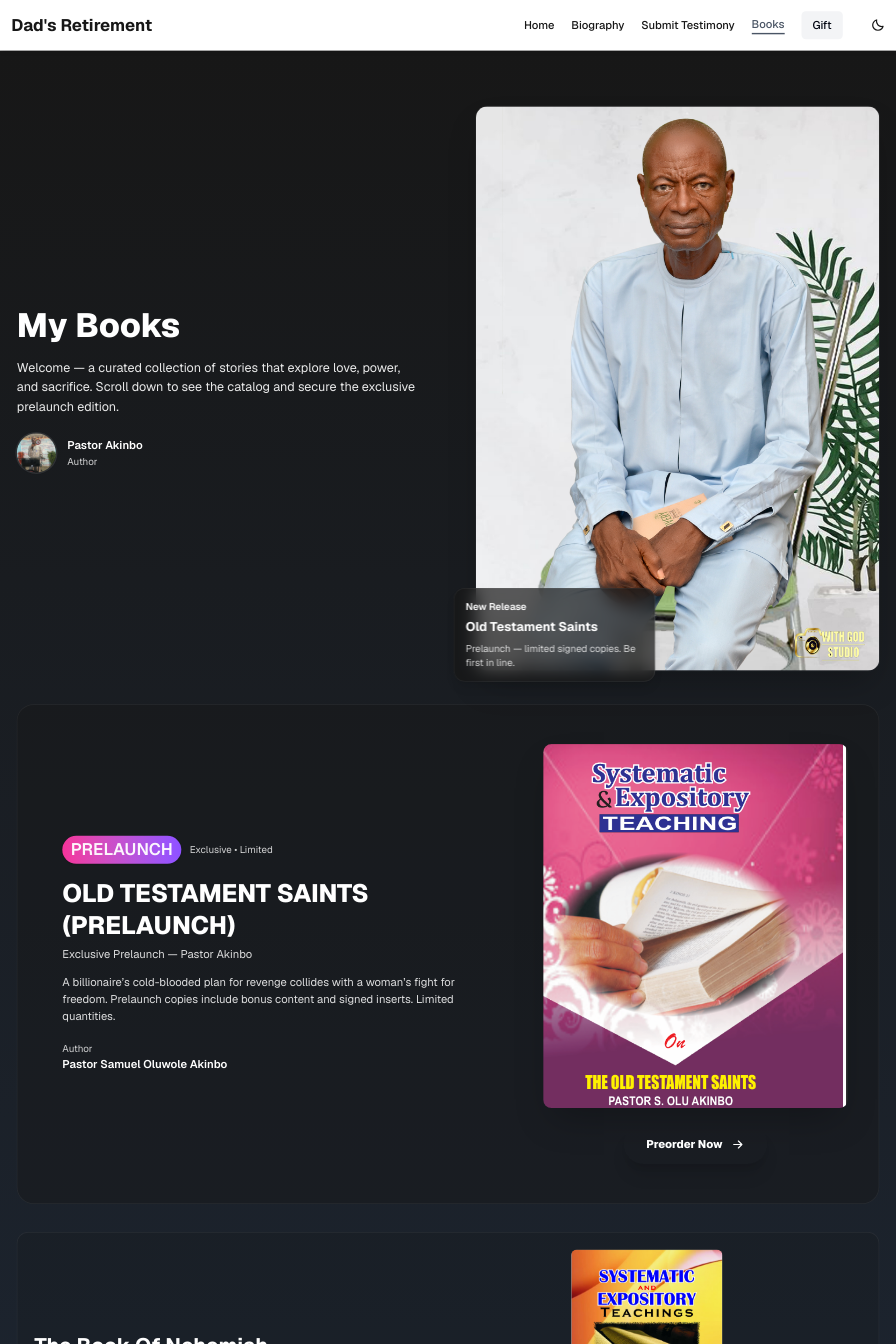
Repository: EmmyDunny1/pastor-oluwole-akinbo
Page: /Books
These files come from the project's save history. The page is drawn as it stood at one moment and after a run of saves; the edit follows.
The browser window is 1280 px wide. The pictures show the part of the page from y = 0 to 1920 px (the page is 2900 px tall), at 70% of full size.
The project was rebuilt for these pictures with package versions that can differ from the ones it lists, and the page was loaded fresh each time. The framework's server and built-in components were replaced by stand-ins that run in the browser. Also part of the build but not shown: next.config.ts, components/BooksCarousel.Module.css.

Above is the page before, as saved 2025-08-13 11:51:42.

### app/layout.tsx
import type { Metadata } from "next";
import { Geist, Geist_Mono } from "next/font/google";
import "./globals.css";
import Header from "../components/Header";
import Footer from "../components/Footer";


const geistSans = Geist({
  variable: "--font-geist-sans",
  subsets: ["latin"],
});

const geistMono = Geist_Mono({
  variable: "--font-geist-mono",
  subsets: ["latin"],
});

export const metadata: Metadata = {
  title: "Pastor Oluwole Akinbo",
  description: "It's a website for Pastor Oluwole Akinbo ",
};

export default function RootLayout({
  children,
}: Readonly<{
  children: React.ReactNode;
}>) {
  return (
    <html lang="en">
      <body
        className={`${geistSans.variable} ${geistMono.variable} antialiased`}
      >
        <Header />
        {children}

        <Footer />
      </body>
    </html>
  );
}

### app/Books/page.tsx
import React from 'react'
import BooksCarousel from '@/components/BooksCarousel'


export default function BooksPage() {
  return (
    <div>
      <BooksCarousel />

    </div>
  )
}

### app/globals.css
@import "tailwindcss";

:root {
  --background: #ffffff;
  --foreground: #171717;
}

@theme inline {
  --color-background: var(--background);
  --color-foreground: var(--foreground);
  --font-sans: var(--font-geist-sans);
  --font-mono: var(--font-geist-mono);
}

@media (prefers-color-scheme: dark) {
  :root {
    --background: #0a0a0a;
    --foreground: #ededed;
  }
}

body {
  background: var(--background);
  color: var(--foreground);
  font-family: Arial, Helvetica, sans-serif;
}

body {
  @apply bg-white text-[#171717] dark:bg-gray-900 dark:text-white font-sans;
}

### components/Header.tsx
"use client";

import Link from "next/link";
import { usePathname } from "next/navigation";
import { useState, useEffect } from "react";
import { BiMenuAltRight, BiX, BiSun, BiMoon } from "react-icons/bi";
import { motion, AnimatePresence } from "framer-motion";

const navLinks = [
  { href: "/", label: "Home" },
  { href: "/Biography", label: "Biography" },
  { href: "/SubmitTestimony", label: "Submit Testimony" },
  { href: "/Books", label: "Books" },
  { href: "/Gift", label: "Gift" },
];

export default function Header() {
  const pathname = usePathname();
  const [isOpen, setIsOpen] = useState(false);
  const [isDarkMode, setIsDarkMode] = useState(false);

  useEffect(() => {
    if (typeof window !== "undefined") {
      const darkPref = localStorage.getItem("theme") === "dark";
      setIsDarkMode(darkPref);
      document.documentElement.classList.toggle("dark", darkPref);
    }
  }, []);

  const toggleMenu = () => setIsOpen(!isOpen);

  const toggleDarkMode = () => {
    const newMode = !isDarkMode;
    setIsDarkMode(newMode);
    localStorage.setItem("theme", newMode ? "dark" : "light");
    document.documentElement.classList.toggle("dark", newMode);
  };

  return (
    <header className="bg-white dark:bg-gray-800 text-[#171717] dark:text-white shadow-md sticky top-0 z-50 transition-all duration-300">
      <div className="max-w-7xl mx-auto flex items-center justify-between px-4 py-4">
        <Link href="/">
          <h1 className="text-2xl font-bold">Dad&apos;s Retirement</h1>
        </Link>

        {/* Desktop Nav */}
        <nav className="hidden md:flex gap-6 text-md  items-center font-medium">
          {navLinks.map(({ href, label }) => (
            <Link
              key={href}
              href={href}
              className={`${
                pathname === href
                  ? "text-gray-600 border-b-2 decoration-0  border-gray-600"
                  : "hover:text-white transition"
              } ${
                label === "Gift"
                  ? "bg-gray-100 text-gray-950 px-4 py-2 rounded-md hover:bg-gray-500  transition"
                  : ""
              }`}
            >
              {label}
            </Link>
          ))}
          <button
            onClick={toggleDarkMode}
            className="ml-4 text-xl hover:text-blue-600 transition"
            aria-label="Toggle dark mode"
          >
            {isDarkMode ? <BiSun /> : <BiMoon />}
          </button>
        </nav>

        {/* Mobile Toggle */}
        <div className="md:hidden flex items-center gap-4">
          <button
            onClick={toggleDarkMode}
            className="text-2xl hover:text-blue-600 transition"
            aria-label="Toggle dark mode"
          >
            {isDarkMode ? <BiSun /> : <BiMoon />}
          </button>
          <div className="text-3xl cursor-pointer" onClick={toggleMenu}>
            {isOpen ? <BiX /> : <BiMenuAltRight />}
          </div>
        </div>
      </div>

      {/* Mobile Nav */}
      <AnimatePresence>
        {isOpen && (
          <motion.nav
            initial={{ opacity: 0, y: -20 }}
            animate={{ opacity: 1, y: 0 }}
            exit={{ opacity: 0, y: -20 }}
            transition={{ duration: 0.3 }}
            className="md:hidden bg-white min-h-screen dark:bg-gray-800 border-t border-gray-200 dark:border-gray-700 px-4 py-4 space-y-4 text-base font-medium text-left"
          >
            {navLinks.map(({ href, label }) => (
              <Link
                key={href}
                href={href}
                onClick={() => setIsOpen(false)}
                className={`block w-full ${
                  pathname === href
                    ? " text-gray-400 font-semibold"
                    : "hover:text-gray-400 transition"
                } ${
                  label === "Gift"
                    ? "bg-gray-800 text-gray-100 px-4 py-2 rounded-md hover:bg-gray-100  border-1 border-white transition"
                    : ""
                }`}
              >
                {label}
              </Link>
            ))}
          </motion.nav>
        )}
      </AnimatePresence>
    </header>
  );
}

### components/Footer.tsx
import React from 'react'


export default function Footer() {
  return (
    <footer className="bg-gray-800 text-white text-center p-4 mt-8">
      <p>&copy; {new Date().getFullYear()} A Tribute to Dad. All rights reserved.</p>
    </footer>
  )
}

### components/BooksCarousel.tsx
"use client";

import React from "react";
import { useEffect, useRef, useState } from "react";
import Image from "next/image";
import styles from "./BooksCarousel.module.css";

type Book = {
  id: number;
  title: string;
  subtitle?: string;
  description: string;
  cover: string;
  link: string;
  prelaunch?: boolean;
};

const BOOKS: Book[] = [
  {
    id: 1,
    title: "The Book Of Nehemiah",
    subtitle: "A novel by Emmex Fason",
    description:
      "A breathtaking tale of betrayal, romance, and redemption that pulls you into the streets of Paris and refuses to let go.",
    cover: "/books/Book_Of_Neh.png",
    link: "https://selar.co/m/samuel-oluwole1458878?currency=NGN",
  },
  {
    id: 2,
    title: "Secrets Of A Happy Home",
    subtitle: "",
    description:
      "A family saga of hidden truths, legacy, and the fight to protect what matters most.",
    cover: "/books/Secrets_Of__HM.png",
    link: "/PreOrderPayment",
  },
  {
    id: 99,
    title: "OLD TESTAMENT SAINTS (PRELAUNCH)",
    subtitle: "Exclusive Prelaunch — Pastor Akinbo ",
    description:
      "A billionaire’s cold-blooded plan for revenge collides with a woman’s fight for freedom. Prelaunch copies include bonus content and signed inserts. Limited quantities.",
    cover: "/books/Old_Test_Saints.png",
    link: "/PreOrderPayment",
    prelaunch: true,
  },
];

function FallbackImage({
  src,
  alt,
  className,
  width,
  height,
}: {
  src: string;
  alt: string;
  className?: string;
  width?: number;
  height?: number;
}) {
  const placeholder = "/placeholder.jpg";
  const [imgSrc, setImgSrc] = useState(src);
  return (
    <Image
      src={imgSrc}
      alt={alt}
      width={width ?? 600}
      height={height ?? 900}
      className={className}
      onError={() => setImgSrc(placeholder)}
    />
  );
}

export default function BooksPage(): React.ReactNode {
  const carouselRef = useRef<HTMLDivElement>(null);

  useEffect(() => {
    const el = carouselRef.current;
    if (!el) return;

    let scrollAmount = 0;
    const step = 1;
    const max = el.scrollWidth - el.clientWidth;
    const interval = window.setInterval(() => {
      if (!carouselRef.current) return;
      scrollAmount += step;
      if (scrollAmount >= max) {
        carouselRef.current.scrollTo({ left: 0, behavior: "smooth" });
        scrollAmount = 0;
      } else {
        carouselRef.current.scrollLeft = scrollAmount;
      }
    }, 20);

    return () => clearInterval(interval);
  }, []);

  const prelaunch = BOOKS.find((b) => b.prelaunch);
  const nonPre = BOOKS.filter((b) => !b.prelaunch);

  return (
    <main className="min-h-screen bg-gradient-to-b from-[#171717] to-gray-800 text-white">
      <div className="max-w-7xl mx-auto px-6 py-20">
        <section className="grid grid-cols-1 lg:grid-cols-2 gap-8 items-center mb-12">
          <div className="lg:mb- relative z-10">
            <h1 className="text-4xl md:text-5xl font-extrabold leading-tight mb-4">
              My Books
            </h1>
            <p className="text-lg text-white/90 max-w-xl">
              Welcome — a curated collection of stories that explore love, power,
              and sacrifice. Scroll down to see the catalog and secure the
              exclusive prelaunch edition.
            </p>
            <div className="mt-6 flex items-center gap-4">
              <div className="w-14 h-14 rounded-full overflow-hidden ring-2 ring-white/10 shadow">
                <FallbackImage
                  src="/others/Hero.jpg"
                  alt="Author - Pastor Akinbo"
                  width={56}
                  height={56}
                  className="object-cover"
                />
              </div>
              <div>
                <div className="font-semibold">Pastor Akinbo</div>
                <div className="text-sm text-white/80">Author</div>
              </div>
            </div>
          </div>
          <div className="flex justify-end">
            <div className="relative w-full max-w-md lg:max-w-xl transform transition-all duration-500 hover:-translate-y-3">
              <div className="rounded-2xl overflow-hidden shadow-2xl ring-1 ring-white/5">
                <FallbackImage
                  src="/others/BooksImage.jpg"
                  alt="Pst Akinbo"
                  width={640}
                  height={640}
                  className="object-cover w-full h-full"
                />
              </div>
              <div className="absolute -left-8 -bottom-10 hidden lg:block">
                <div className="bg-[#171717]/70 backdrop-blur-md border border-white/6 rounded-2xl p-4 w-72 shadow-lg -translate-y-6">
                  <div className="text-sm text-pink/90 font-semibold">New Release</div>
                  <div className="mt-1 text-lg font-bold">Old Testament Saints</div>
                  <div className="mt-2 text-sm text-white/80">
                    Prelaunch — limited signed copies. Be first in line.
                  </div>
                </div>
              </div>
            </div>
          </div>
        </section>
        {prelaunch && (
          <section className="mb-10">
            <article
              className="relative overflow-visible flex flex-col lg:flex-row items-stretch gap-6 p-8 rounded-3xl border border-white/6 bg-[#171717]/40 hover:translate-y-[-6px] transition-transform duration-500"
              aria-labelledby={`pre-${prelaunch.id}`}
            >
              <div
                className="absolute inset-0 rounded-3xl pointer-events-none -z-10"
                aria-hidden
                style={{
                  background:
                    "linear-gradient(90deg, rgba(255,90,255,0.06), rgba(120,60,255,0.04), rgba(255,106,0,0.04))",
                }}
              />
              <div className="w-full lg:w-2/3 z-10 px-3 lg:px-8 py-4 flex flex-col justify-center">
                <div className="inline-flex items-center gap-3 mb-3">
                  <span className="px-3 py-1 rounded-full text-2xl font-semibold text-white/95 bg-gradient-to-r from-pink-500 to-violet-500 shadow-sm">
                    PRELAUNCH
                  </span>
                  <span className="text-sm text-white/80">Exclusive • Limited</span>
                </div>
                <h2 id={`pre-${prelaunch.id}`} className="mt-2 text-3xl lg:text-4xl font-extrabold leading-tight">
                  {prelaunch.title}
                </h2>
                {prelaunch.subtitle && (
                  <div className="mt-2 text-md text-white/85">{prelaunch.subtitle}</div>
                )}
                <p className="mt-4 text-white/85 max-w-xl">
                  {prelaunch.description}
                </p>
                <div className="mt-6">
                  <div className="text-sm text-white/80">Author</div>
                  <div className="font-semibold">Pastor Samuel Oluwole Akinbo</div>
                </div>
              </div>
              <div className="w-full lg:w-[45%] z-10 flex flex-col items-center justify-center px-3 py-6">
                <div className="w-full overflow-visible">
                  <div className="relative w-full rounded-xl transform transition duration-700 hover:scale-[1.04] hover:rotate-[-2deg] hover:translate-y-[-6px]">
                    <FallbackImage
                      src={prelaunch.cover}
                      alt={prelaunch.title}
                      width={520}
                      height={760}
                      className="object-cover w-full h-[520px] rounded-xl shadow-2xl"
                    />
                    <div className={`${styles.neonHalo} absolute -inset-2 rounded-xl -z-10`} />
                  </div>
                </div>
                <a
                  href={prelaunch.link}
                  className={`${styles.preorderNeon} mt-6 relative inline-flex items-center gap-3 px-8 py-4 rounded-full font-extrabold text-white shadow-xl transition-all duration-300`}
                >
                  <span className="relative z-10">Preorder Now</span>
                  <svg className="w-5 h-5 relative z-10" viewBox="0 0 24 24" fill="none" aria-hidden>
                    <path d="M5 12h14M13 6l6 6-6 6" stroke="white" strokeWidth="2" strokeLinecap="round" strokeLinejoin="round" />
                  </svg>
                </a>
              </div>
            </article>
          </section>
        )}
        <section className="space-y-10 mb-16">
          {nonPre.map((book) => (
            <article
              key={book.id}
              className="group relative flex flex-col lg:flex-row items-center gap-6 p-6 rounded-2xl border border-white/6 bg-[#171717]/20 hover:-translate-y-2 transition-transform duration-400"
            >
              <div className="w-full lg:w-2/3 text-left z-10">
                <h3 className="text-2xl lg:text-3xl font-bold">{book.title}</h3>
                {book.subtitle && <div className="mt-1 text-sm text-white/80">{book.subtitle}</div>}
                <p className="mt-3 text-white/85 max-w-xl">{book.description}</p>
                <div className="mt-6 text-sm text-white/80">

                </div>
              </div>
              <div className="w-full lg:w-[75%] flex flex-col items-center">
                <div className="overflow-hidden  transform transition duration-500 group-hover:scale-105">
                  <FallbackImage
                    src={book.cover}
                    alt={book.title}
                    width={420}
                    height={600}
                    className="object-cover w-full h-80 rounded-lg"
                  />
                </div>
                <a
                  href={book.link}
                  className="mt-4 inline-flex items-center gap-3 bg-white text-[#171717] font-semibold px-5 py-3 shadow-md hover:shadow-lg transition-all duration-300 group"
                >
                  Order Now
                  <svg className="w-4 h-4 transition-transform duration-300 group-hover:translate-x-2" viewBox="0 0 24 24" fill="none" aria-hidden>
                    <path d="M5 12h14M13 6l6 6-6 6" stroke="#171717" strokeWidth="2" strokeLinecap="round" strokeLinejoin="round" />
                  </svg>
                </a>
              </div>
            </article>
          ))}
        </section>
        {/* <section aria-label="Other books carousel" className="mb-12">
          <h3 className="text-2xl font-bold mb-6">More by the author</h3>
          <div ref={carouselRef} className="relative w-full overflow-hidden">
            <div className="flex gap-6 w-max py-4 px-2">
              {BOOKS.map((b) => (
                <div key={`card-${b.id}`} className="min-w-[260px] flex-shrink-0 bg-[#171717]/60 rounded-2xl p-4 shadow-lg">
                  <div className="rounded-lg overflow-hidden mb-3">
                    <FallbackImage
                      src={b.cover}
                      alt={b.title}
                      width={260}
                      height={360}
                      className="w-full h-40 object-cover"
                    />
                  </div>
                  <div>
                    <div className="font-semibold text-lg">{b.title}</div>
                    <div className="text-sm text-white/80 mt-1">{b.subtitle ?? "By Emmex Fason"}</div>
                    <a
                      href={b.link}
                      className="mt-3 inline-flex items-center gap-2 bg-white text-[#171717] px-3 py-2 rounded-full text-sm font-semibold hover:scale-105 transition-transform"
                    >
                      View
                      <svg className="w-3 h-3" viewBox="0 0 24 24" fill="none" aria-hidden>
                        <path d="M5 12h14M13 6l6 6-6 6" stroke="#171717" strokeWidth="2" strokeLinecap="round" strokeLinejoin="round" />
                      </svg>
                    </a>
                  </div>
                </div>
              ))}
            </div>
            <div className="absolute top-1/2 left-2 -translate-y-1/2">
              <button
                onClick={() => {
                  const el = carouselRef.current;
                  if (!el) return;
                  el.scrollBy({ left: -260, behavior: "smooth" });
                }}
                className="bg-white/8 hover:bg-white/12 p-2 rounded-full"
                aria-label="Scroll left"
              >
                ◀
              </button>
            </div>
            <div className="absolute top-1/2 right-2 -translate-y-1/2">
              <button
                onClick={() => {
                  const el = carouselRef.current;
                  if (!el) return;
                  el.scrollBy({ left: 260, behavior: "smooth" });
                }}
                className="bg-white/8 hover:bg-white/12 p-2 rounded-full"
                aria-label="Scroll right"
              >
                ▶
              </button>
            </div>
          </div>
        </section> */}
      </div>
    </main>
  );
}

After the next 2 saves:
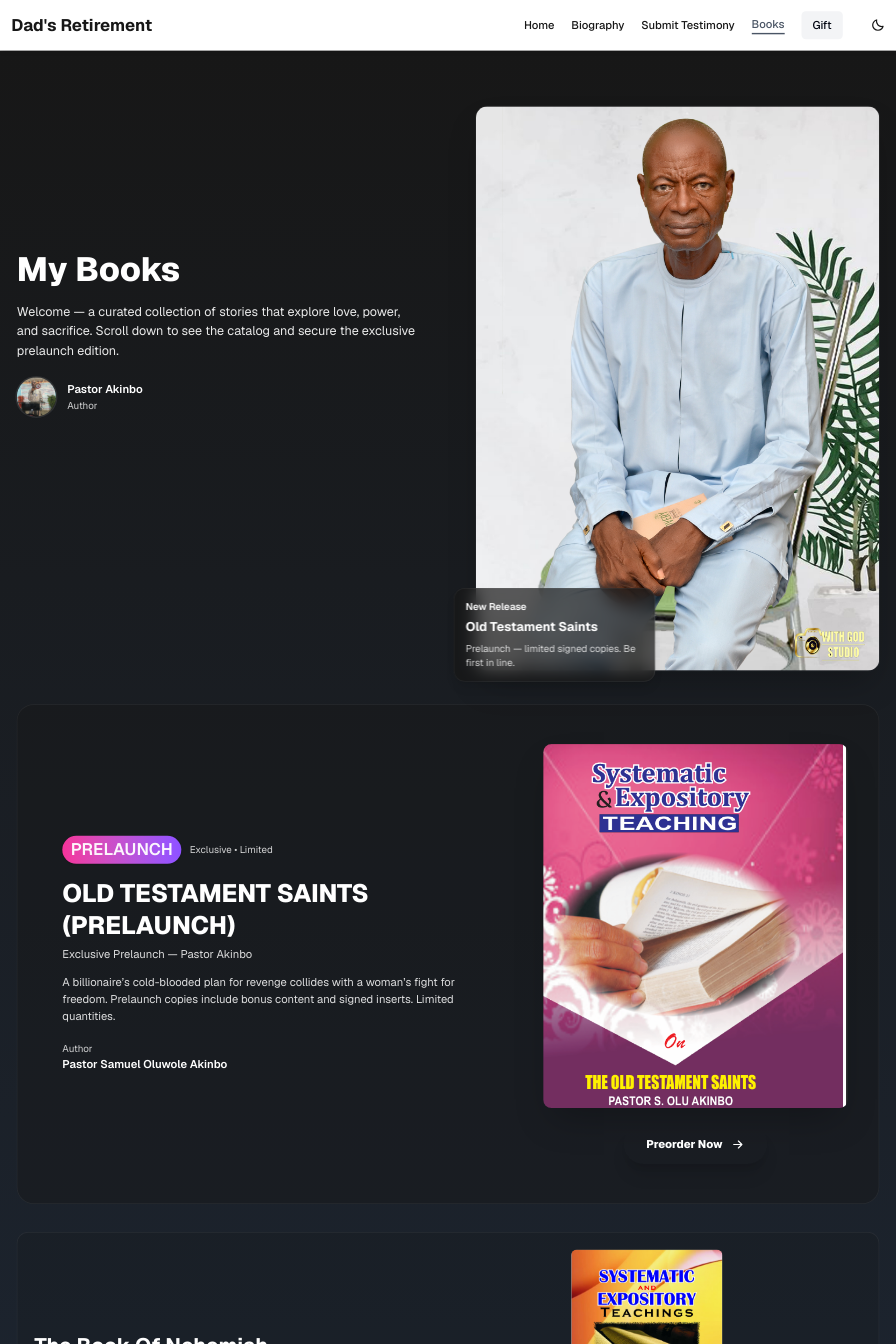
The 2 saves are shown as one change because they came seconds apart.
The last was saved 11 s later.
--- a/components/BooksCarousel.tsx
+++ b/components/BooksCarousel.tsx
@@ -104,7 +104,7 @@ export default function BooksPage(): React.ReactNode {
     <main className="min-h-screen bg-gradient-to-b from-[#171717] to-gray-800 text-white">
       <div className="max-w-7xl mx-auto px-6 py-20">
         <section className="grid grid-cols-1 lg:grid-cols-2 gap-8 items-center mb-12">
-          <div className="lg:mb- relative z-10">
+          <div className="lg:mb-[10rem] relative z-10">
             <h1 className="text-4xl md:text-5xl font-extrabold leading-tight mb-4">
               My Books
             </h1>
